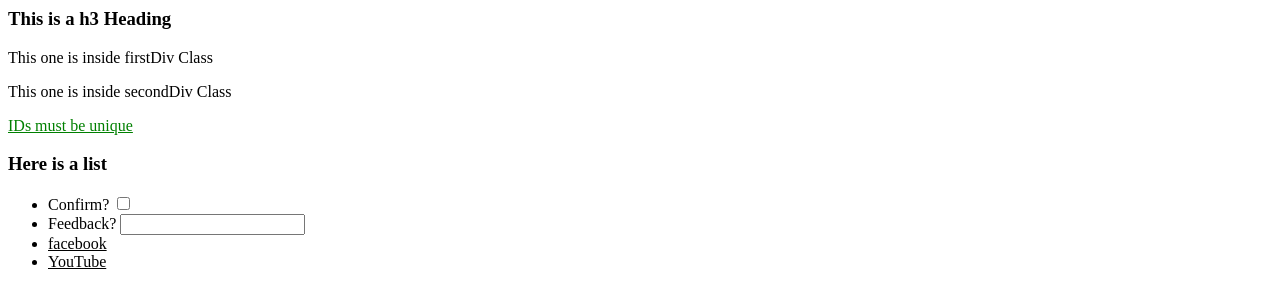
Repository: MonwarAdeeb/Bista_Solutions
Page: HTML & CSS/CSS/Level One/03. Apply Style on Subsets.html
These files come from the project's save history. The page is drawn as it stood at one moment and after a run of saves; the edit follows.
The browser window is 1280 px wide. The pictures show the whole page.

Above is the page before, as saved 2021-05-19 17:05:22.

After the next 4 saves:
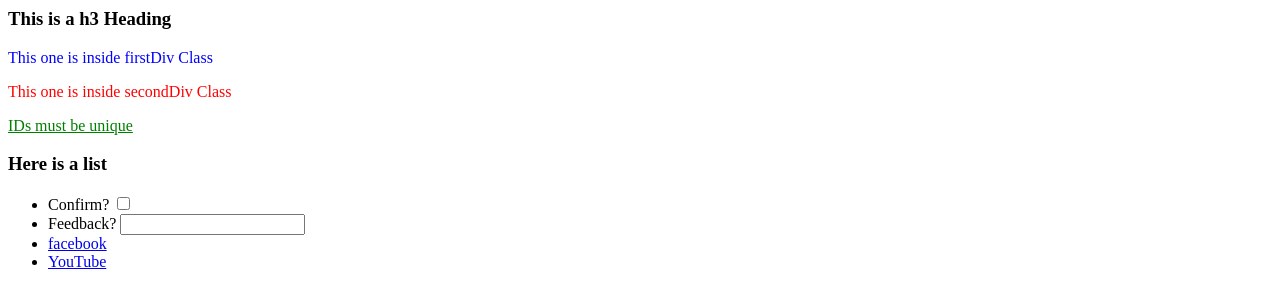
The 4 saves are shown as one change because they came seconds apart.
The last was saved 10 s later.
--- a/HTML & CSS/CSS/Level One/03. Apply Style on Subsets.css
+++ b/HTML & CSS/CSS/Level One/03. Apply Style on Subsets.css
@@ -17,6 +17,8 @@ IDs use hashtag before ID name */
 }
 
 /* asterix (*) overrides all elements styyling except IDs*/
-* {
+
+/* * {
   color: black;
 }
+ */
